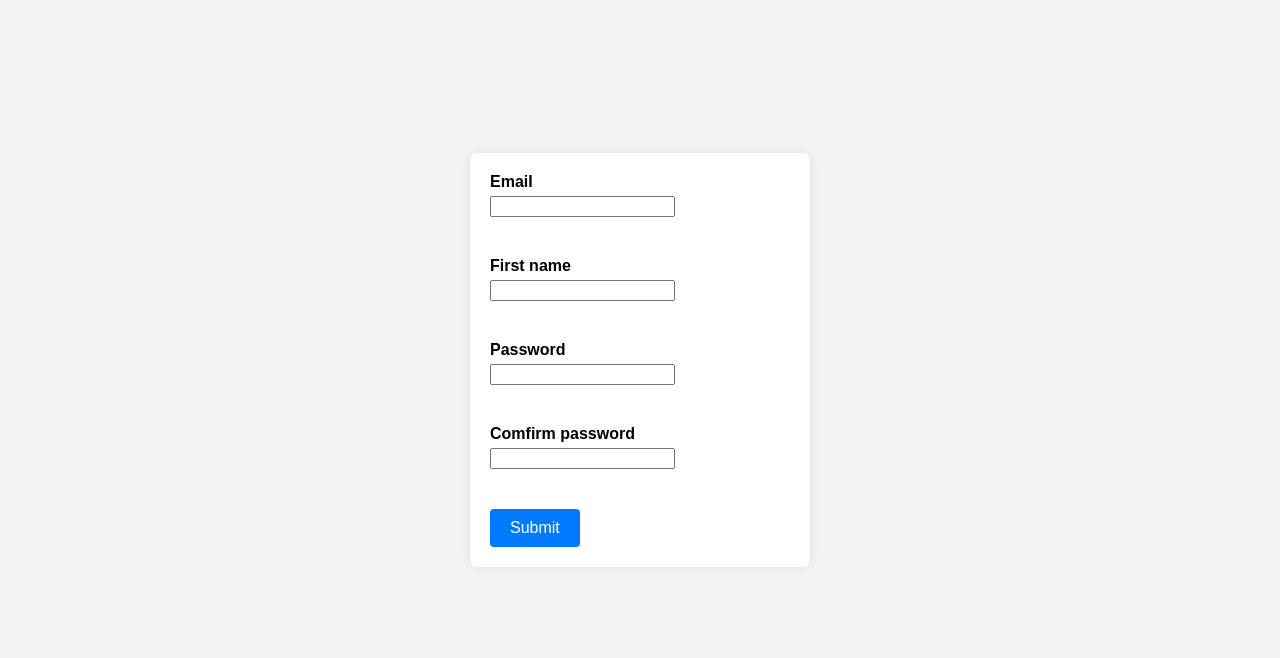
Repository: Ndifoinhilary/authentication
Page: http://localhost/auth/register/
These files come from the project's save history. The page is drawn as it stood at one moment and after the next save; the edit follows.
The browser window is 1280 px wide. The pictures show the whole page.
The page is served by the project's application, run on Django 3.2 (manage.py).

Above is the page before, as saved 2024-01-05 08:29:10.

After the next save:
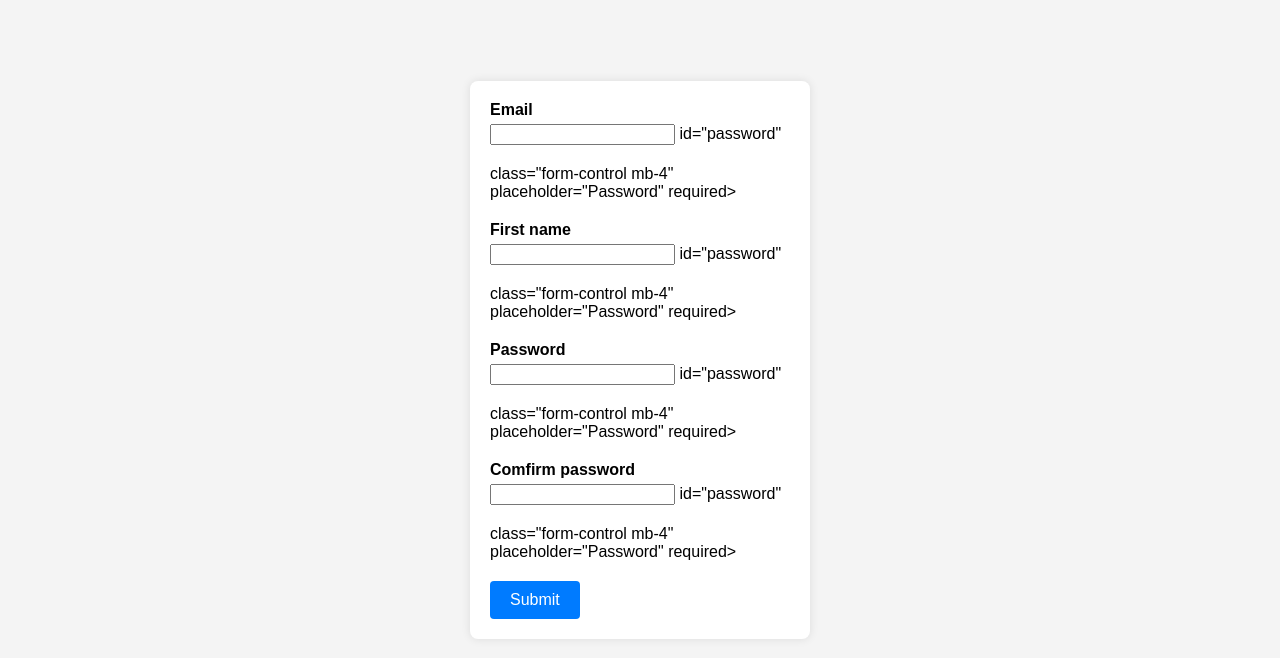
Saved 82 s later.
--- a/Auth/templates/register.html
+++ b/Auth/templates/register.html
@@ -68,7 +68,8 @@
         {% for field in form %}
         <div class="input">
             <label for="formInput#text" class="label"> {{field.label}}</label>
-            {{field}}
+
+            <input type="password"   {{field}} id="password" class="form-control mb-4" placeholder="Password" required>
         </div>
         {% endfor %}
         <!-- <div class="input">

After the save that followed:
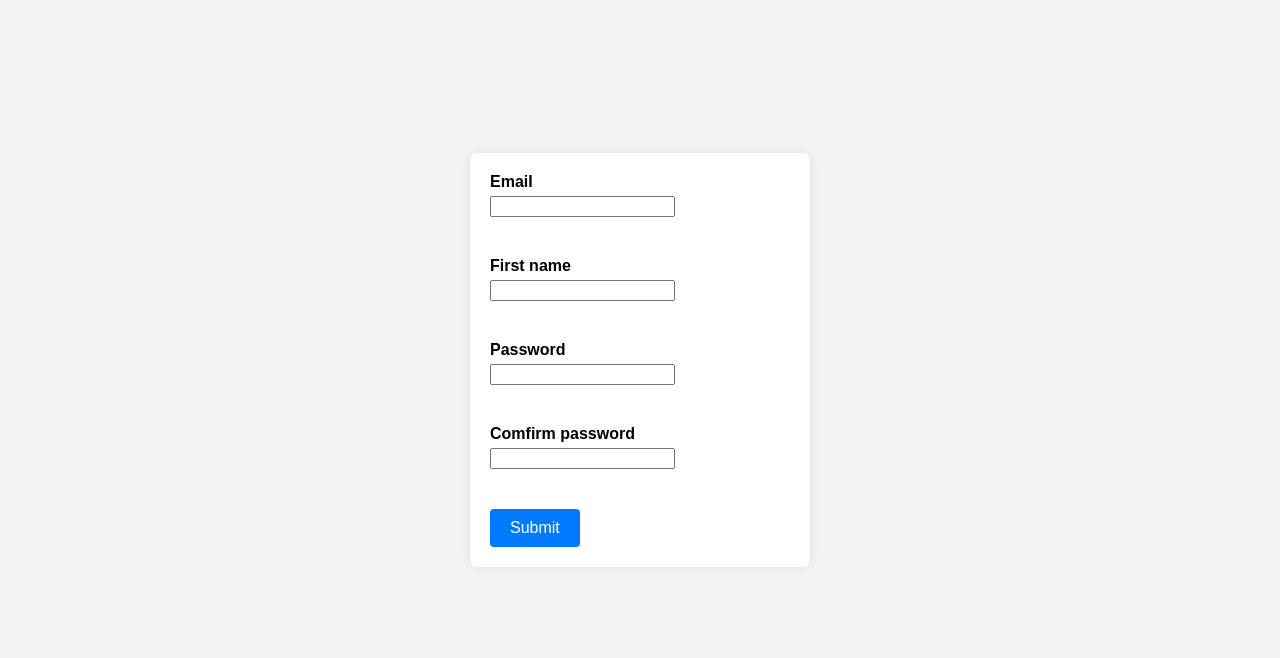
Saved 15 s later.
--- a/Auth/templates/register.html
+++ b/Auth/templates/register.html
@@ -68,8 +68,8 @@
         {% for field in form %}
         <div class="input">
             <label for="formInput#text" class="label"> {{field.label}}</label>
+            {{field}}
 
-            <input type="password"   {{field}} id="password" class="form-control mb-4" placeholder="Password" required>
         </div>
         {% endfor %}
         <!-- <div class="input">
